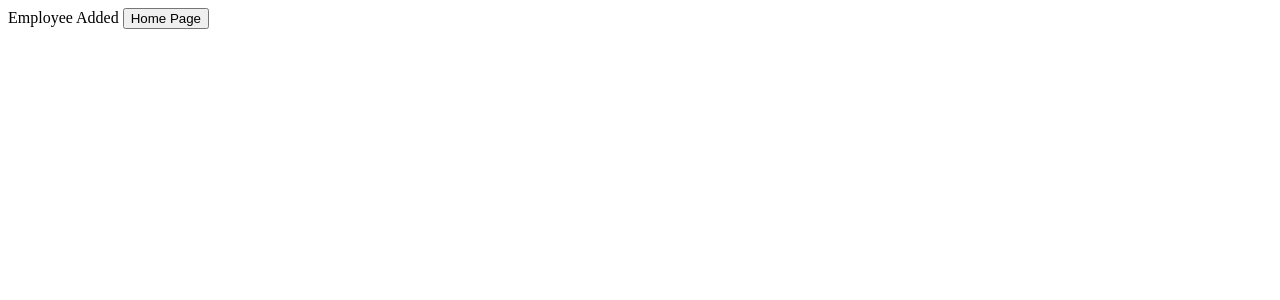
Repository: TarunSinghD/Object-Oriented-Design-Final-Project
Page: http://localhost/LeaveManagement/JSP/ApplyLeaveSuccess.jsp
An editor plug-in stored every save of this project. The page is shown before and after the next save, followed by the edit.
The browser window is 1280 px wide. The pictures show the whole page.
The page is served by Tomcat 9. Nobody is signed in. The application's start-up code is not run.

Above is the page before, as saved 2018-04-17 02:56:43.

After the next save:
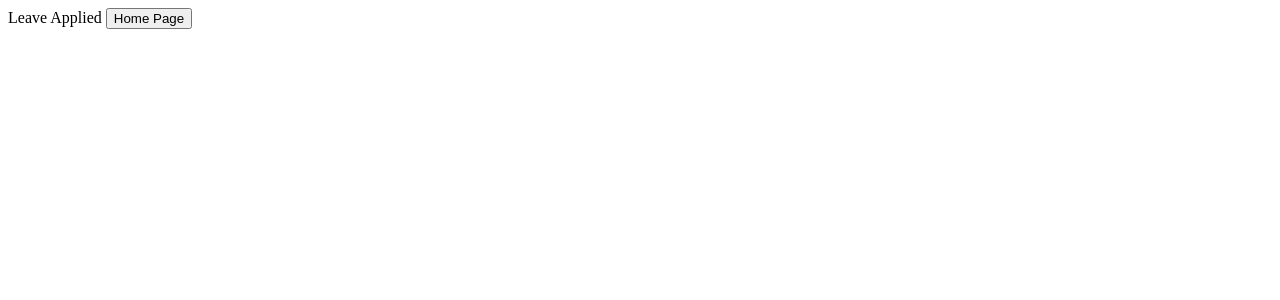
Saved 3 min 22 s later.
--- a/LeaveManagement/WebContent/JSP/ApplyLeaveSuccess.jsp
+++ b/LeaveManagement/WebContent/JSP/ApplyLeaveSuccess.jsp
@@ -8,7 +8,7 @@
 </head>
 <body>
 <body>
-Employee Added
+Leave Applied
 <button type="button" name="back" onclick=openPage("/LeaveManagement/JSP/Employee.jsp")>Home Page</button>
 <script type="text/javascript">
  function openPage(pageURL)
